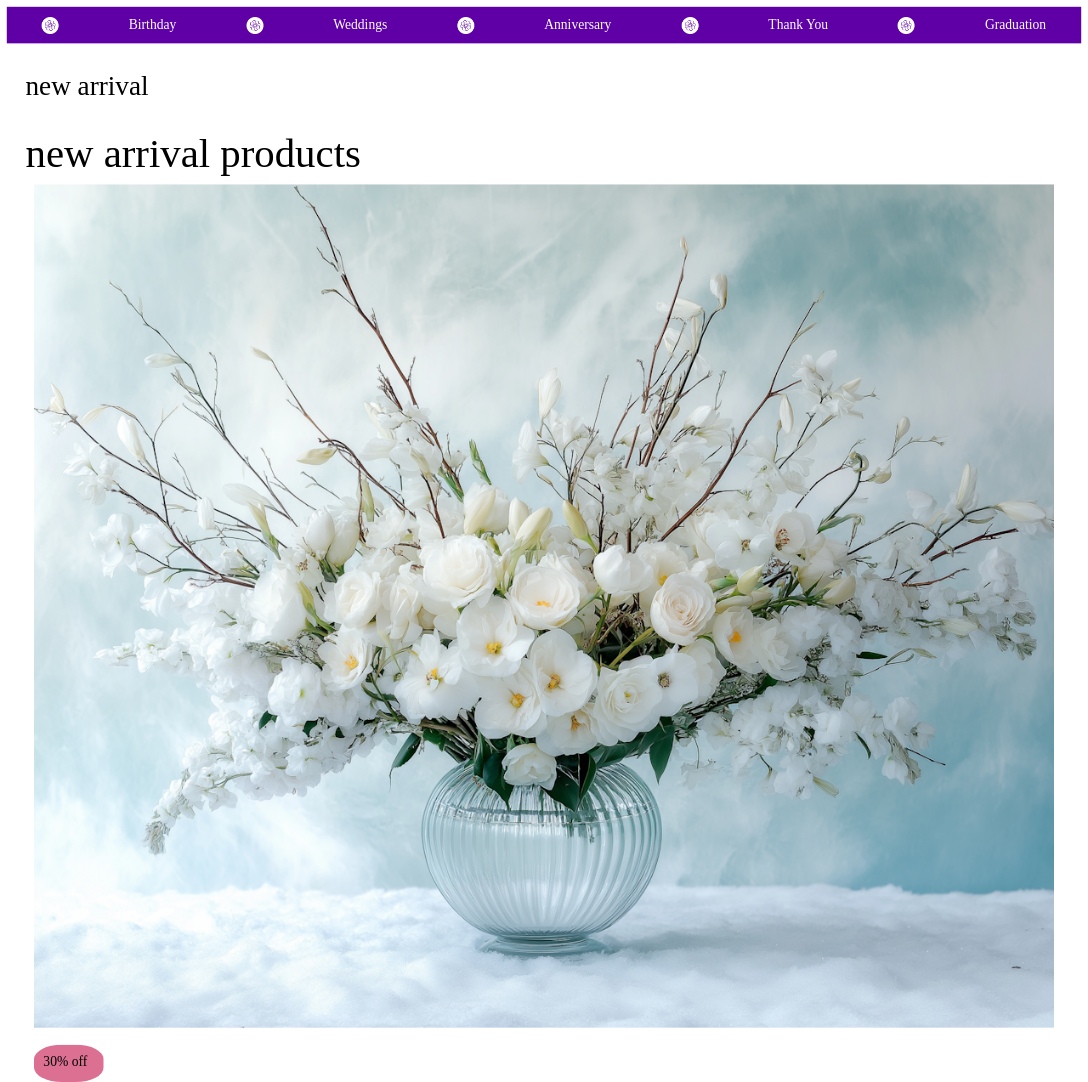
Repository: KolawoleTemilade/classroom-learning
Page: newarrival/index.html
These files come from the project's save history. The page is drawn as it stood at one moment and after a run of saves; the edit follows.
The browser window is 1280 px wide. The pictures show the whole page, at 85% of full size.

Above is the page before, as saved 2025-10-01 18:19:51.

### newarrival/index.html
<!DOCTYPE html>
<html lang="en">
  <head>
    <meta charset="UTF-8" />
    <meta name="viewport" content="width=h, initial-scale=1.0" />
    <title>new arrival</title>
    <link rel="stylesheet" href="style.css" />
  </head>
  <body>
    <section class="new-arrival-sect">
      <div class="marq-sect">
        <div class="marque">
          <img
            src="../newarrival/images/icons/marqueflower.png"
            alt="flower-icon"
            width="20"
            height="20"
          />
          <span>birthday</span>
          <img
            src="../newarrival/images/icons/marqueflower.png"
            alt="flower-icon"
            width="20"
            height="20"
          />
          <span>weddings</span>
          <img
            src="../newarrival/images/icons/marqueflower.png"
            alt="flower-icon"
            width="20"
            height="20"
          />
          <span>anniversary</span>
          <img
            src="../newarrival/images/icons/marqueflower.png"
            alt="flower-icon"
            width="20"
            height="20"
          />
          <span>thank you</span>
          <img
            src="../newarrival/images/icons/marqueflower.png"
            alt="flower-icon"
            width="20"
            height="20"
          />
          <span>graduation</span>
        </div>
      </div>
      <div class="new-arrival">
        <div class="new-arrival-title">
          <p class="title1">new arrival</p>
          <span class="title2">new arrival <span>products</span></span>
        </div>
        <div class="new-arrival-product-card">
          <div class="product-card">
            <div class="img-sect">
              <img src="./images/new-arrival/flower1.png" alt="flower1" />
              <div class="absolute-container">
                <p class="slash">30% off</p>
              </div>
            </div>
            <div class="text-sect"></div>
          </div>
        </div>
      </div>
    </section>
  </body>
</html>

### newarrival/style.css
.new-arrival-sect{
    display: flex;
    flex-direction: column;
    align-items: center;
    justify-content: center;
}

.marq-sect{
    background-color: #5E00A6;
    height:6vh;
    width: 100%;
    align-content: center;
}
.marque {
    display: flex;
    align-content: center;
    justify-content:space-around ;
}
.marque > span {
    text-transform: capitalize;
    color: white;
}
.title1{
    font-size: 2rem;
}
.title2 {
    font-size: 3rem;
}
.new-arrival-title > h2 {
    color: #5E00A6;
}
.product-card {
    display: flex;
    padding: 10px;
    background: white;
}
.img-sect {
    position: relative;
}
.absolute-container > p{
    /* width: 100%; */
}
.slash {
    position: absolute;
    top: left;
    background: palevioletred;
    padding: 10px;
    width: 5%;
    height: 3vh;
    border: 1px solid transparent;
    border-radius: 40%;
}

After the next 4 saves:
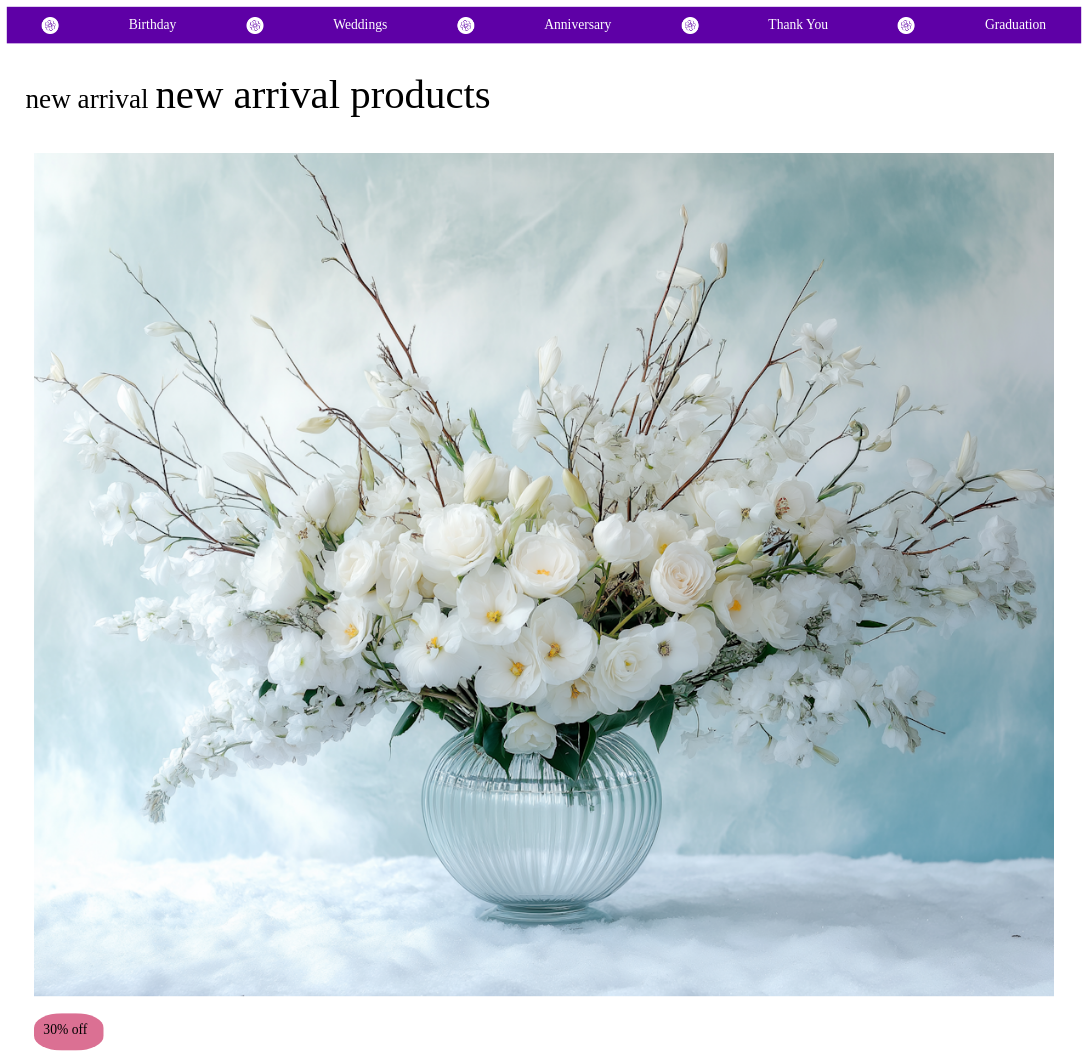
The 4 saves are shown as one change because they came seconds apart.
The last was saved 24 s later.
--- a/newarrival/index.html
+++ b/newarrival/index.html
@@ -49,8 +49,10 @@
       </div>
       <div class="new-arrival">
         <div class="new-arrival-title">
-          <p class="title1">new arrival</p>
-          <span class="title2">new arrival <span>products</span></span>
+          <p class="title1">
+            new arrival
+            <span class="title2">new arrival <span>products</span></span>
+          </p>
         </div>
         <div class="new-arrival-product-card">
           <div class="product-card">
